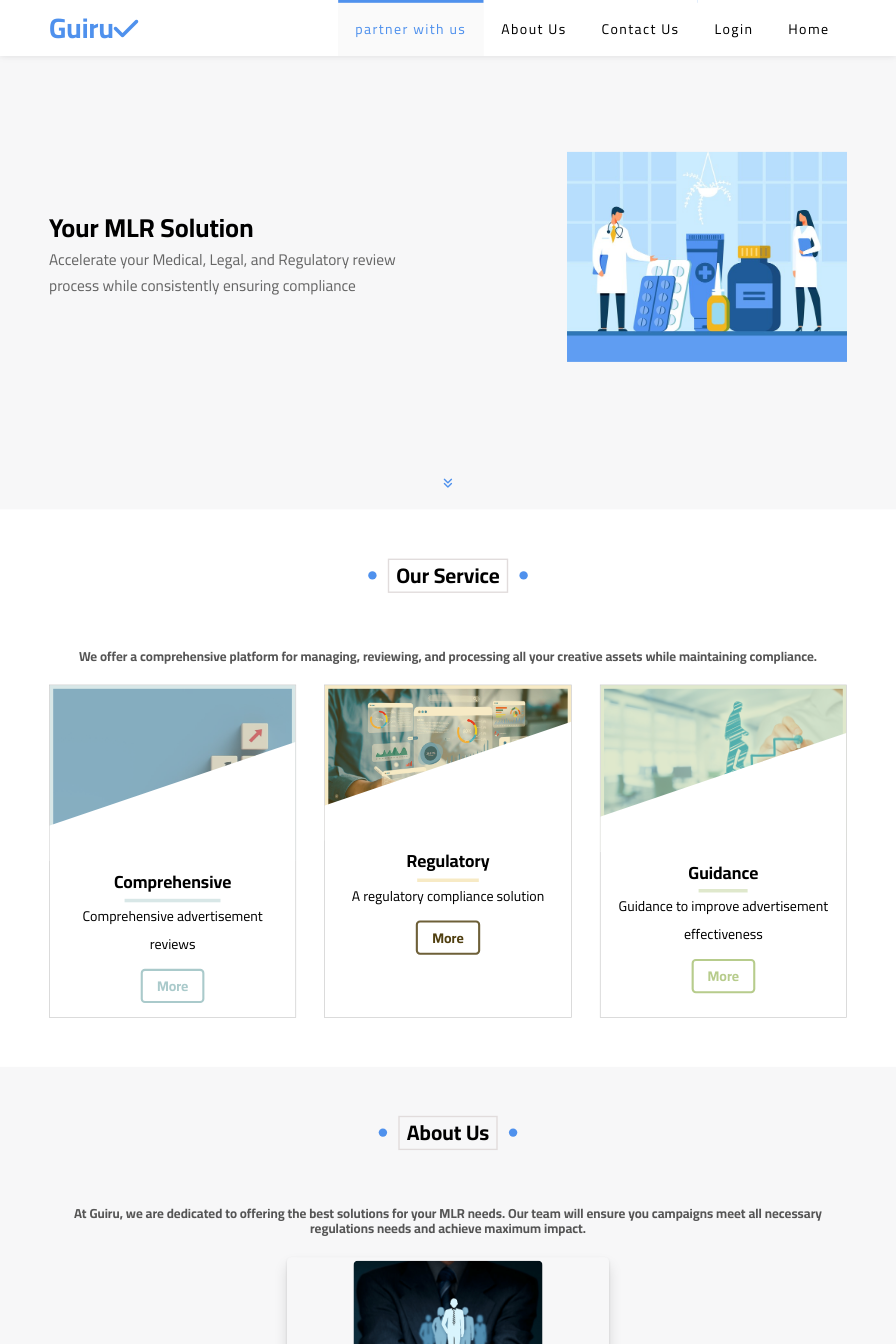
Repository: AsmaaAlothman/Templet-1-website
Page: home.html
The author's editor kept a copy of each file at every save. The page is drawn from the files as they stood at one save, then again after the next save.
The browser window is 1280 px wide. The pictures show the part of the page from y = 0 to 1920 px (the page is 3348 px tall), at 70% of full size.
The pointer rests on the first visible `.header .main_nav>li>a.partner_with_us`.

Above is the page before, as saved 2024-08-31 13:55:15.

### home.html
<!DOCTYPE html>
<html lang="en">

<head>
    <meta charset="UTF-8" />
    <meta name="viewport" content="width=device-width, initial-scale=1.0" />
    <title>Guiru test</title>
    <!-- Render all elements normally-->
    <link rel="stylesheet" href="css/normalize.css" />
    <!-- Font Awesome library-->
    <link rel="stylesheet" href="css/all.min.css" />
    <link rel="preconnect" href="https://fonts.googleapis.com" />
    <!--Google Fonts Cairo-->
    <link href="https://fonts.googleapis.com/css2?family=Cairo:wght@200..1000&family=Work+Sans:ital,wght@0,100..900;1,100..900&display=swap" rel="stylesheet" />
    <!--Main template css file -->
    <link rel="stylesheet" href="css/home.css" />
</head>

<body>
    <!-- Start header -->
    <div class="header" id="header">
        <div class="container">

            <a href="#" class="logo"> Guiru <i class="fa-solid fa-check"></i></a>
            <label for="check" class="check-btn">
              <i class="fa-solid fa-bars"></i>
            </label>
            <ul class="main_nav">
                <li>
                    <a href="#partner_with_us" class="partner_with_us">partner with us</a>
                </li>
                <li><a href="#about-us">About Us</a></li>
                <li><a href="#contact-us">Contact Us</a></li>
                <li><a href="#login">Login</a></li>
                <li><a href="#home">Home</a></li>
            </ul>

        </div>
    </div>
    <!-- End header -->
    <!-- Start Landing -->
    <div class="landing">
        <div class="container">
            <div class="text">
                <h1>Your MLR Solution</h1>
                <p>
                    Accelerate your Medical, Legal, and Regulatory review process while consistently ensuring compliance
                </p>
            </div>
            <div class="image">
                <img src="images/landing_image2.jpg" alt="landing_image2" />
            </div>
        </div>
        <a href="#about-us" class="go_down">
            <i class="fa-solid fa-angles-down"></i>
        </a>
    </div>
    <!-- End Landing -->
    <!-- Start Service -->
    <div class="service" id="service">
        <h2 class="main-title">Our Service</h2>

        <h3>
            We offer a comprehensive platform for managing, reviewing, and processing all your creative assets while maintaining compliance.
        </h3>

        <div class="container">
            <div class="box comprehensive">
                <div class="img-holder">
                    <img src="images/service-image1.jpg" alt="" />
                </div>
                <h2>Comprehensive</h2>
                <p>Comprehensive advertisement reviews</p>
                <a href="#">More</a>
            </div>
            <div class="box regulatory">
                <div class="img-holder">
                    <img src="images/service-image2.jpg" alt="" />
                </div>
                <h2>Regulatory</h2>
                <p>A regulatory compliance solution</p>
                <a href="#">More</a>
            </div>
            <div class="box guidance">
                <div class="img-holder">
                    <img src="images/service-image3.jpg" alt="" />
                </div>
                <h2>Guidance</h2>
                <p>Guidance to improve advertisement effectiveness</p>
                <a href="#">More</a>
            </div>
        </div>
    </div>
    <!-- End service -->
    <!-- Start About US Section -->
    <div class="about-us" id="about-us">
        <div class="container">
            <h2 class="main-title">About Us</h2>
            <h3>
                At Guiru, we are dedicated to offering the best solutions for your MLR needs. Our team will ensure you campaigns meet all necessary regulations needs and achieve maximum impact.
            </h3>
            <div class="box">
                <div class="details">
                    <img src="images/about-us.png" alt="about-us" />
                </div>
            </div>
        </div>
    </div>
    <!-- End About US Section -->

    <!-- Start Our Value Section -->
    <div class="our-value" id="our-value">
        <h2 class="main-title">Our Value</h2>
        <div class="container">
            <img src="images/our-values.jpg" alt="" class="image" style="width: 600px; height: 400px" />
            <div class="info">
                <div class="box">
                    <img src="images/our-values2.png" alt="" />
                    <div class="text">
                        <h3>Integrity</h3>
                        <p>
                            We uphold the highest standards of integrity in all our actions.
                        </p>
                    </div>
                </div>
                <div class="box">
                    <img src="images/our-values3.png" alt="" />
                    <div class="text">
                        <h3>Excellence</h3>
                        <p>We strive for excellence in everything we do.</p>
                    </div>
                </div>
                <div class="box">
                    <img src="images/our-values4.png" alt="" />
                    <div class="text">
                        <h3>Innovation</h3>
                        <p>
                            We encourage innovation to meet challenges and improve our services.
                        </p>
                    </div>
                </div>
            </div>
        </div>
    </div>
    <!-- End Our value Section -->

    <!-- Start Footer -->
    <div class="footer" id="footer">
        <div class="container">
            <img src="images/logo-Guiru.png" alt="logo-footer" />
            <div class="footer-links">
                <a href="#about-us"><i class="fa-regular fa-address-card"> About Us </i></a
          >
          <a href="#contact-us"
            ><i class="fa-solid fa-headset"> Contact Us </i>
          </a>
                <a href="#privacy-policy"><i class="fa-solid fa-arrow-right-to-bracket"> Privacy Policy </i>
          </a>
            </div>
            <p class="copyright">
                &copy; 2024 <span>Guiru</span> All rights reserved.
            </p>
        </div>
    </div>
    <!-- End Footer -->
</body>

</html>

### css/home.css
/* Start global rules : */

* {
    -webkit-box-sizing: border-box;
    -moz-box-sizing: border-box;
    box-sizing: border-box;
    padding: 0px;
    margin: 0px;
}

html {
    scroll-behavior: smooth;
}

:root {
    --main-color: #4f91ed;
    --main-color-alt: #125bc2bd;
    --hover-main-color: #c5c9cf23;
    --icon-color-hover: #accef577;
    --main-transition: 0.3s;
    --main-padding-top: 70px;
    --main-padding-bottom: 70px;
    --second-section-background-color: #d2d7d831;
    --main-section-background-color: white;
    --footer-background-color: rgba(46, 69, 92, 0.486);
    --paragraph-text-color: #555;
    --main-box-shadow: 0 12px 20px 0 rgba(0, 0, 0, 0.048), 0 2px 4px 0 rgb(0 0 0/12%);
}

body {
    font-family: "Cairo", sans-serif;
    /* font-family: "Work Sans", sans-serif;*/
}

a {
    text-decoration: none;
}

ul {
    list-style: none;
}


/* End global rules  */

.parent {
    background-color: #eee;
}

.container {
    padding-left: 15px;
    padding-right: 15px;
    margin-left: auto;
    margin-right: auto;
    /* background-color: #ececec; */
}

img {
    /* padding-left: 15px;
    padding-right: 15px; */
    margin-left: auto;
    margin-right: auto;
    display: block;
    /* background-color: var(--main-color); */
}


/* Start media query  */

@media (min-width: 768px) {
    .container {
        width: 970px;
    }
}

@media (min-width: 992px) {
    .container {
        width: 970px;
    }
}

@media (min-width: 1200px) {
    .container {
        width: 1170px;
    }
}


/* End media query  */


/* Start Style Main title */

.main-title {
    margin: 0 auto 80px;
    border: 2px solid #e1dcdc;
    padding: 5px 10px;
    font-size: 30px;
    width: fit-content;
    position: relative;
    z-index: 1;
    transition: var(--main-transition);
}

.main-title::after,
.main-title::before {
    content: "";
    width: 12px;
    height: 12px;
    background-color: var(--main-color);
    position: absolute;
    border-radius: 50%;
    top: 50%;
    transform: translateY(-50%);
}

.main-title::after {
    right: -30px;
}

.main-title::before {
    left: -30px;
}

.main-title:hover::before {
    z-index: -1;
    animation: left-move 0.3s linear forwards;
}

.main-title:hover::after {
    z-index: -1;
    animation: right-move 0.3s linear forwards;
}

.main-title:hover {
    color: white;
    border: 2px solid white;
    transition-delay: 0.2s;
}


/* End Style Main title */


/* Start header */

.header {
    background-color: white;
    position: relative;
    -webkit-box-shadow: 0 0 10px#ddd;
    -moz-box-shadow: 0 0 10px#ddd;
    box-shadow: 0 0 10px#ddd;
}

.header .container {
    display: flex;
    background-color: white;
    justify-content: space-between;
    align-items: center;
    flex-wrap: wrap;
    position: relative;
}

.header .logo {
    color: var(--main-color);
    font-size: 40px;
    font-weight: bold;
    /*  height: 72px; للحفاظ على ارتفاع الهيدر حتى لو اختلف حجم المين  */
    height: 72px;
    display: flex;
    justify-content: center;
    align-items: center;
}


/* start responsive media for logo selector : */

@media (max-width: 767px) {
    .header .logo {
        width: 100%;
        height: 50px;
    }
}


/*end responsive media for logo selector : */

.header .main_nav {
    display: flex;
}


/* start responsive media for main_nav selector : */

.header .main_nav>li>a {
    height: 80px;
    letter-spacing: 2px;
    font-size: 20px;
    display: flex;
    justify-content: center;
    align-items: center;
    position: relative;
    color: black;
    padding: 0px 25px;
    transition: var(--main-transition);
    overflow: hidden;
}

.header .main_nav>li>a::before {
    content: "";
    position: absolute;
    width: 100%;
    height: 4px;
    background-color: var(--main-color);
    top: 0px;
    left: -100%;
    transition: var(--main-transition);
}

.header .main_nav>li>a:hover {
    color: var(--main-color);
    background-color: #fafafa;
}

.header .main_nav>li>a:hover::before {
    left: 0;
}


/* start responsive media for li > a selector : */

@media (max-width: 767px) {
    .header .main_nav>li>a {
        padding: 10px;
        height: 40px;
        font-size: 14px;
    }
}

@media (max-width: 767px) {
    .header .main_nav {
        flex-direction: column;
        gap: 0;
        padding: 5px;
        margin: auto;
    }
}

.check-btn {
    font-size: 30px;
    color: var(--main-color);
    cursor: pointer;
    display: none;
}

@media (max-width: 767px) {
    .check-btn {
        display: flex;
        position: absolute;
        margin-right: 20px;
    }
    .header .main_nav {
        display: none;
    }
    .header .container {
        display: flex;
        margin-right: 0;
        padding: 5px;
        justify-content: end;
    }
}


/* End header */


/* Start Landing */

.landing {
    position: relative;
    background-color: var(--second-section-background-color);
}

.landing .container {
    min-height: calc(100vh - 72px);
    display: flex;
    align-items: center;
    padding-bottom: 75px;
}

.landing .text {
    flex: 1;
}

@media (max-width: 991px) {
    .landing .text {
        text-align: center;
    }
}

.landing .text h1 {
    font-size: 37px;
    margin: 0;
    letter-spacing: 0px;
}


/*start response mobile screen size */

@media (max-width: 767px) {
    .landing .text h1 {
        font-size: 28px;
    }
}


/*end response mobile screen size */

.landing .text p {
    font-size: 22px;
    margin: 5px 0 0;
    line-height: 1.7;
    color: #666;
    max-width: 500px;
}

@media (max-width: 991px) {
    .landing .text p {
        margin: 10px auto;
    }
}


/*start response mobile screen size */

@media (max-width: 767px) {
    .landing .text p {
        font-size: 18px;
    }
}


/*end response mobile screen size */

.landing .image img {
    position: relative;
    width: 400px;
    /* وحطينا زمن 5 ثواني يروح ويرجع up-and-down الانيميشن هون سميتو ع كيفي  */
    /* الانيميشن بعتمد عالبوزشن لازم يكون ريليتف */
    /* بننزل بننشئ الانيميشن تحت بنفس هاد الاسم  */
    animation: up-and-down 5s linear infinite;
}

@media (max-width: 991px) {
    .landing .image {
        display: none;
    }
}

.landing .go_down {
    color: var(--main-color);
    position: absolute;
    bottom: 30px;
    left: 50%;
    transform: translateX(-50%);
    transition: var(--main-transition);
}

.landing .go_down:hover {
    color: var(--main-color-alt);
}

.landing .go_down i {
    animation: bouncing 1.5s infinite;
}


/* End landing */


/* Start service */

.service {
    padding-top: var(--main-padding-top);
    padding-bottom: var(--main-padding-bottom);
    position: relative;
    background-color: var(--main-section-background-color);
}

.service .container {
    display: grid;
    grid-template-columns: repeat(auto-fill, minmax(300px, 1fr));
    gap: 40px;
}

.service h3 {
    color: var(--paragraph-text-color);
    display: block;
    padding-bottom: 30px;
    max-width: 100%;
    text-align: center;
    margin: auto;
}

.service .box {
    text-align: center;
    border: 1px solid #ccc;
}

.service .container .img-holder {
    position: relative;
    overflow: hidden;
}

.service .container .img-holder::before {
    content: "";
    position: absolute;
    top: -1px;
    left: 0;
    height: 100%;
    width: 100%;
    /* background-color: #b657e257; */
}

.service .container .img-holder::after {
    content: "";
    position: absolute;
    bottom: 0;
    right: 0;
    border-style: solid;
    border-width: 0 0 170px 500px;
    border-color: transparent transparent white transparent;
    transition: var(--main-transition);
}

.service .container .img-holder img {
    max-width: 100%;
    padding: 5px;
}

.service .box:hover .img-holder::after {
    border-width: 0 465px 0 0;
}

.service .box h2 {
    position: relative;
    font-size: 25px;
    margin: 15px auto;
    width: fit-content;
}

.service .box h2::after {
    content: "";
    position: absolute;
    bottom: -15px;
    left: 15px;
    height: 5px;
    width: calc(100% - 30px);
    /* background-color: red; */
}

.service .box p {
    line-height: 2;
    font-size: 20px;
    color: var(--paragraph-color);
    margin: 15px 15px;
    padding: 0;
}

.service .box a {
    display: block;
    border: 3px solid transparent;
    width: fit-content;
    margin: 0 auto 20px;
    font-size: 20px;
    font-weight: bold;
    padding: 10px 20px;
    border-radius: 6px;
    transition: var(--main-transition);
}

.service .box:hover a {
    background-position: left bottom;
    color: rgb(39, 37, 37);
}


/*اللي فوق الصورة overlayهاد الجزء الخاص بال    */

.service .comprehensive .img-holder::before {
    background-color: #aacacb75;
}


/* comprehensive  /guidance /regulatory هاد لون الباك جراوند اللي تحت الهيدر تبع القسم يعني تحت كلمة  */

.service .comprehensive h2::after {
    background-color: #aacacb75;
}

.service .comprehensive a {
    color: #aacacb;
    border-color: #aacacb;
    background: linear-gradient(to right, #aacacb75 50%, white 50%);
    background-size: 200% 100%;
    background-position: right bottom;
}


/* ---------------------------------- */

.service .regulatory .img-holder::before {
    background-color: #e0ad1f41;
}

.service .regulatory h2::after {
    background-color: #e0ad1f41;
}

.service .regulatory a {
    color: #503f10;
    border-color: #6e6039;
    background: linear-gradient(to right, #e0ad1f41 50%, white 50%);
    background-size: 200% 100%;
    background-position: right bottom;
}


/* ---------------------------------- */

.service .guidance .img-holder::before {
    background-color: #b7cc8c71;
}

.service .guidance h2::after {
    background-color: #b7cc8c71;
}

.service .guidance a {
    color: #b7cc8c;
    border-color: #b7cc8c;
    background: linear-gradient(to right, #b7cc8c71 50%, white 50%);
    background-size: 200% 100%;
    background-position: right bottom;
}


/* End service */


/* Start About us Section */

.about-us {
    position: relative;
    padding-top: var(--main-padding-top);
    padding-bottom: var(--main-padding-bottom);
    background-color: var(--second-section-background-color);
}

.about-us .container {
    display: flex;
    align-items: center;
    flex-wrap: wrap;
    position: relative;
}

.about-us .container .box {
    display: grid;
    margin: auto;
    grid-template-columns: repeat(auto-fill, minmax(450px, 0fr));
    gap: 10px;
    padding: 5px;
    max-width: fit-content;
    background-color: transparent;
    border-radius: 6px;
    box-shadow: 0 12px 20px 0 rgb(0 0 0/13%), 0 2px 4px 0 rgb(0 0 0/12%);
}

.about-us .container .box img {
    max-width: 60%;
    transition: var(--main-transition);
    border-radius: 6px;
}

@media (max-width: 767px) {
    .about-us .container .box img {
        max-width: 60%;
        transition: var(--main-transition);
        border-radius: 6px;
        margin-left: 40px;
    }
}

.about-us .container .box img:hover {
    transform: rotate(2deg) scale(1);
    transition-duration: 1s;
}

.about-us .container h3 {
    color: var(--paragraph-text-color);
    display: block;
    padding-bottom: 30px;
    max-width: 100%;
    text-align: center;
    margin: auto;
}


/* End About us Section */


/* Start Our value Section */

.our-value {
    padding-top: var(--main-padding-top);
    padding-bottom: var(--main-padding-bottom);
    position: relative;
    background-color: var(--section-background-color);
}

.our-value .container {
    display: flex;
    align-items: center;
    justify-content: space-between;
}

@media (max-width: 991px) {
    .our-value .container {
        flex-direction: column;
    }
}

.our-value .container .image {
    max-width: 100%;
    margin-right: 70px;
}

@media (max-width: 991px) {
    .our-value .image {
        margin: 0 0 50px;
    }
}

@media (max-width: 767px) {
    .our-value .container .image {
        display: none;
    }
}

.our-value .info .box {
    background-color: #8d9cb138;
    padding: 20px 15px;
    margin-bottom: 20px;
    border-radius: 6px;
    display: flex;
    align-items: center;
    border: 3px solid white;
    position: relative;
    z-index: 1;
}

@media (max-width: 991px) {
    .our-value .info .box {
        flex-direction: column;
        text-align: center;
    }
}

.our-value .info .box::before {
    content: "";
    position: absolute;
    background-color: rgba(131, 181, 209, 0.26);
    left: 50%;
    top: 50%;
    height: 0;
    width: 0;
    transform: translate(-50%, -50%);
    z-index: -1;
    transition: var(--main-transition);
}

.our-value .info .box:hover:before {
    height: 100%;
    width: 100%;
}

.our-value .info .box img {
    width: 120px;
    margin-left: 0;
    padding: 5px;
    border-radius: 15px;
}

@media (max-width: 991px) {
    .our-value .info .box img {
        margin: 0 0 30px;
    }
}

.our-value .container .info .box .text {
    padding: 0px 5px 0px 15px;
}

.our-value .container .info .box h3 {
    font-size: 20px;
    padding-bottom: 5px;
    margin: 0;
}

.our-value .container .info .box p {
    line-height: 1.7;
    color: var(--paragraph-color);
    margin: 10px 0 0;
    font-size: 18px;
}


/* End Our value Section */


/* Start Footer  */

.footer {
    padding-top: 50px;
    padding-bottom: 50px;
    background-color: var(--footer-background-color);
    position: relative;
    color: white;
    text-align: center;
}

.footer .container img {
    width: 200px;
}

.footer .footer-links {
    max-width: 100%;
    padding-top: 15px;
    display: flex;
    margin: 40px 0 20px;
    gap: 25px;
    justify-content: center;
    align-items: center;
    position: relative;
}

@media (max-width: 767px) {
    .footer .footer-links {
        padding-top: 10px;
        display: grid;
        margin: 30px 0 20px;
        gap: 30px;
        justify-content: center;
        align-items: center;
    }
}

.footer .footer-links a {
    display: block;
    font-size: 13px;
    letter-spacing: 4px;
    color: #0c4597c2;
    text-shadow: 0px 1px 7px white;
    border-bottom: 3px solid rgba(58, 79, 148, 0.918);
    border-radius: 6px;
    padding: 10px;
}

.footer .footer-links a:hover {
    font-weight: bolder;
    color: white;
    border: none;
    background-color: rgba(78, 107, 134, 0.37);
    box-shadow: var(--main-box-shadow);
    transition: var(--main-transition);
}

.footer .container {
    position: relative;
    max-width: 100%;
    max-height: 100%;
}

.footer .copyright {
    margin-top: 60px;
    padding: 20px;
}

.footer .copyright span {
    font-weight: bold;
    font-size: 20px;
    color: var(--main-color-alt);
}


/* End Footer  */


/* Start Create Animation  */

@keyframes up-and-down {
    0%,
    100% {
        top: 0;
    }
    50% {
        top: -50px;
    }
}

@keyframes left-move {
    50% {
        left: 0;
        width: 12px;
        height: 12px;
    }
    100% {
        left: 0;
        border-radius: 0;
        width: 100%;
        height: 100%;
    }
}

@keyframes right-move {
    50% {
        right: 0;
        width: 12px;
        height: 12px;
    }
    100% {
        right: 0;
        border-radius: 0;
        width: 100%;
        height: 100%;
    }
}


/* Start Create Animation  */

@keyframes up-and-down {
    0%,
    100% {
        top: 0;
    }
    50% {
        top: -50px;
    }
}

@keyframes left-move {
    50% {
        left: 0;
        width: 12px;
        height: 12px;
    }
    100% {
        left: 0;
        border-radius: 0;
        width: 100%;
        height: 100%;
    }
}

@keyframes right-move {
    50% {
        right: 0;
        width: 12px;
        height: 12px;
    }
    100% {
        right: 0;
        border-radius: 0;
        width: 100%;
        height: 100%;
    }
}


/* End Create Animation */

Loaded but not shown: css/normalize.css (library); css/all.min.css (library)

After the next save:
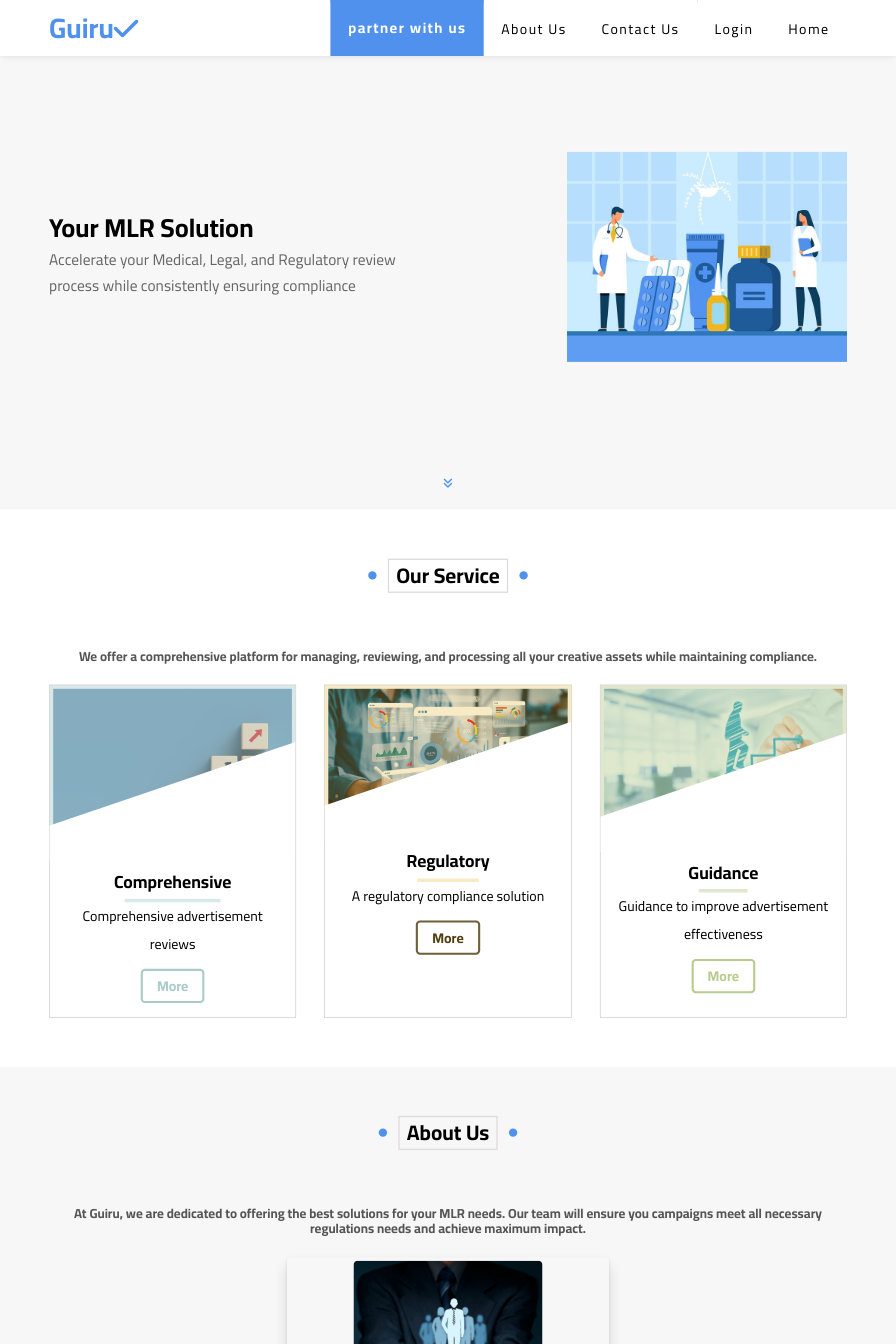
Saved 6 min 1 s later.
--- a/css/home.css
+++ b/css/home.css
@@ -222,6 +222,13 @@ img {
     background-color: #fafafa;
 }
 
+.header .main_nav>li>a.partner_with_us:hover {
+    color: white;
+    background-color: var(--main-color);
+    font-size: 21px;
+    font-weight: bold;
+}
+
 .header .main_nav>li>a:hover::before {
     left: 0;
 }
